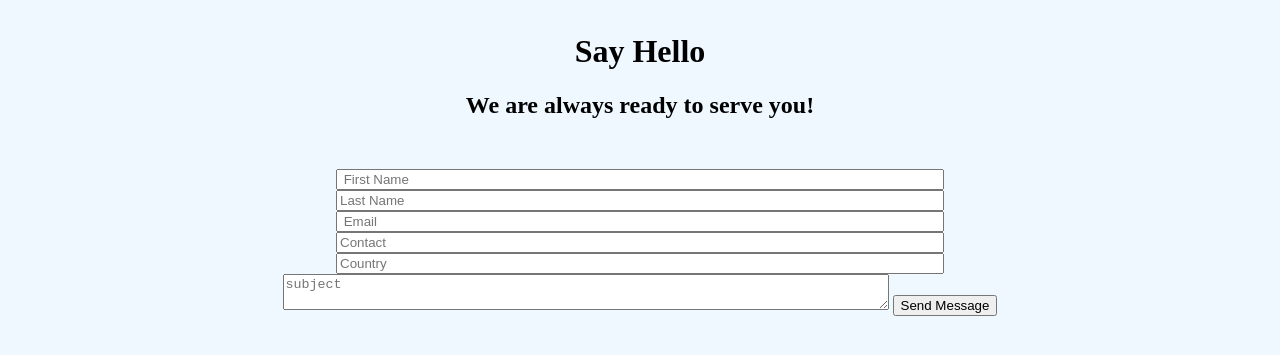
Repository: Owusuharriet/HW1-HAMAH.index.html
Page: index.htm
These files come from the project's save history. The page is drawn as it stood at one moment and after the next save; the edit follows.
The browser window is 1280 px wide. The pictures show the whole page.

Above is the page before, as saved 2020-08-03 23:10:27.

After the next save:
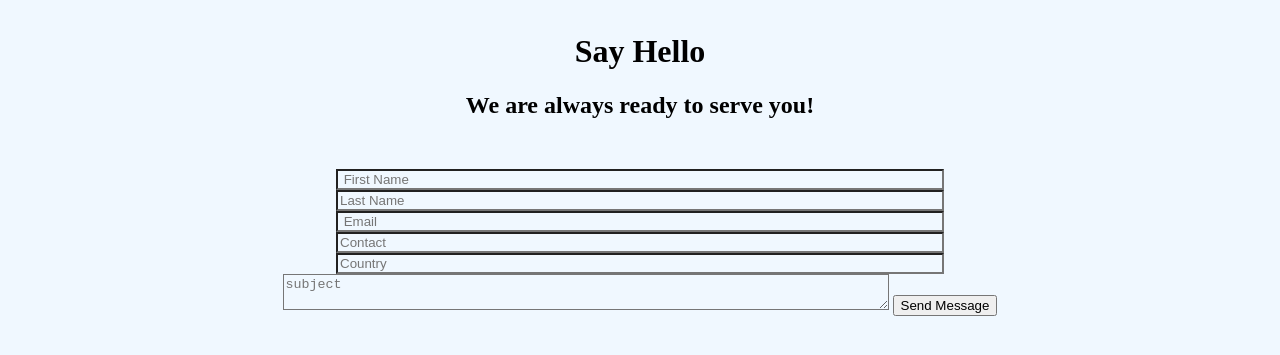
Saved 5 s later.
--- a/style.css
+++ b/style.css
@@ -31,5 +31,5 @@ form{
 
 .form-control{
     width: 600px;
-    background: t;
+    background: transparent;
 }
